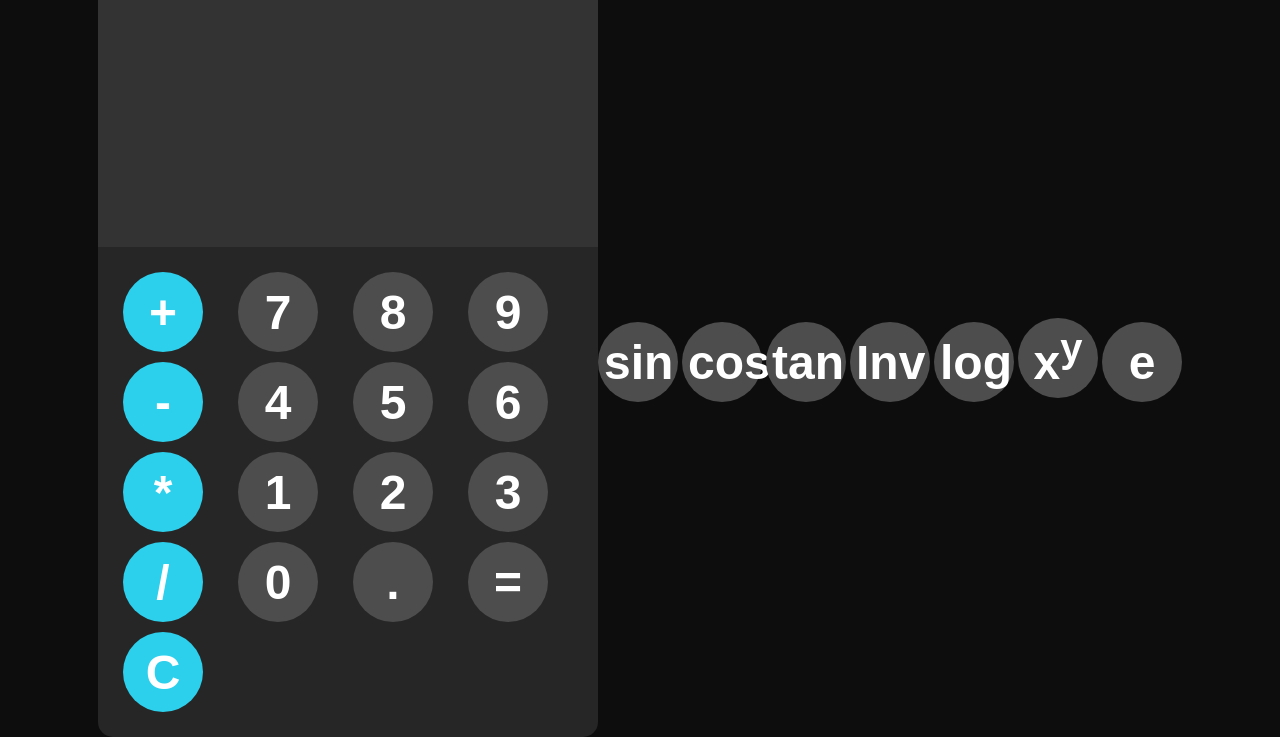
Repository: Haakim19/JavaScript
Page: Calculater/Main.html
The author's editor kept a copy of each file at every save. The page is drawn from the files as they stood at one save, then again after the next save.
The browser window is 1280 px wide. The pictures show the whole page.

Above is the page before, as saved 2024-10-23 09:32:43.

After the next save:
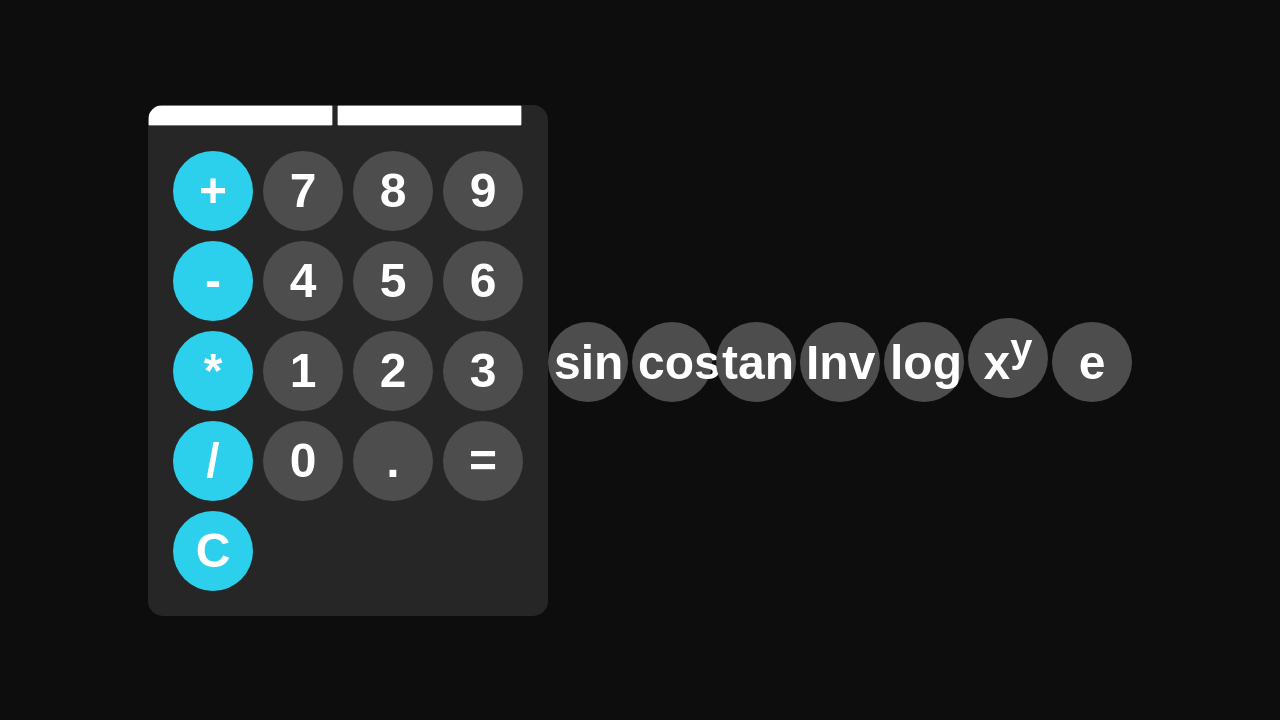
Saved 14 s later.
--- a/Calculater/Main.html
+++ b/Calculater/Main.html
@@ -8,8 +8,8 @@
 </head>
 <body>
     <div id="calculator-normal">
-        <input id= "display" readonly>
-        <input id="display" readonly>
+        <input id= "display1" readonly>
+        <input id="display2" readonly>
         <div id="keys">
             <button onclick="appentToDisplay('+')" class="operator-btn">+</button>
             <button onclick="appentToDisplay('7')">7</button>
